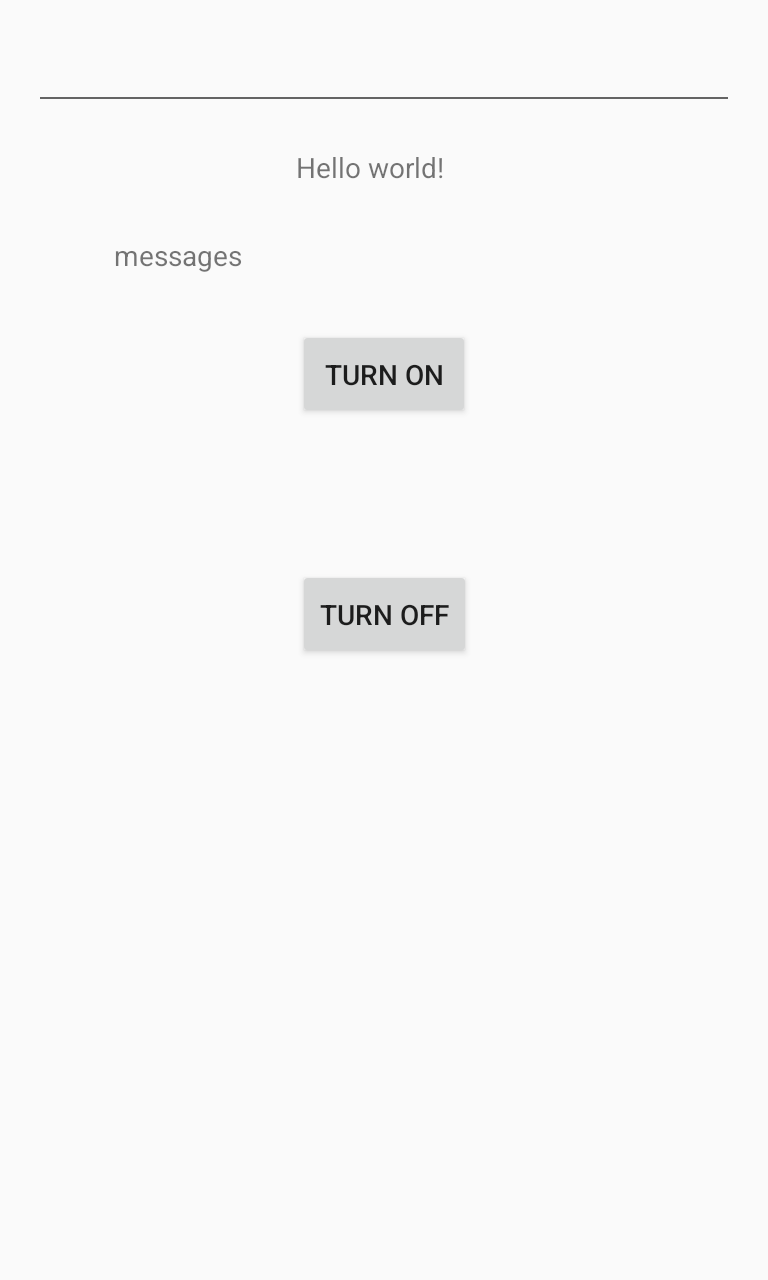
Repository: pgao/idd_hw5
Layout: hw5_android/res/layout/activity_main.xml
These files come from the project's save history. The layout is drawn as it stood at one moment and after the next save; the edit follows.
It is drawn on a 768 x 1280 px phone screen (xhdpi) without system bars, with theme AppTheme; the app's code is not run.

Above is the layout before, as saved 2014-11-06 06:13:05.

After the next save:
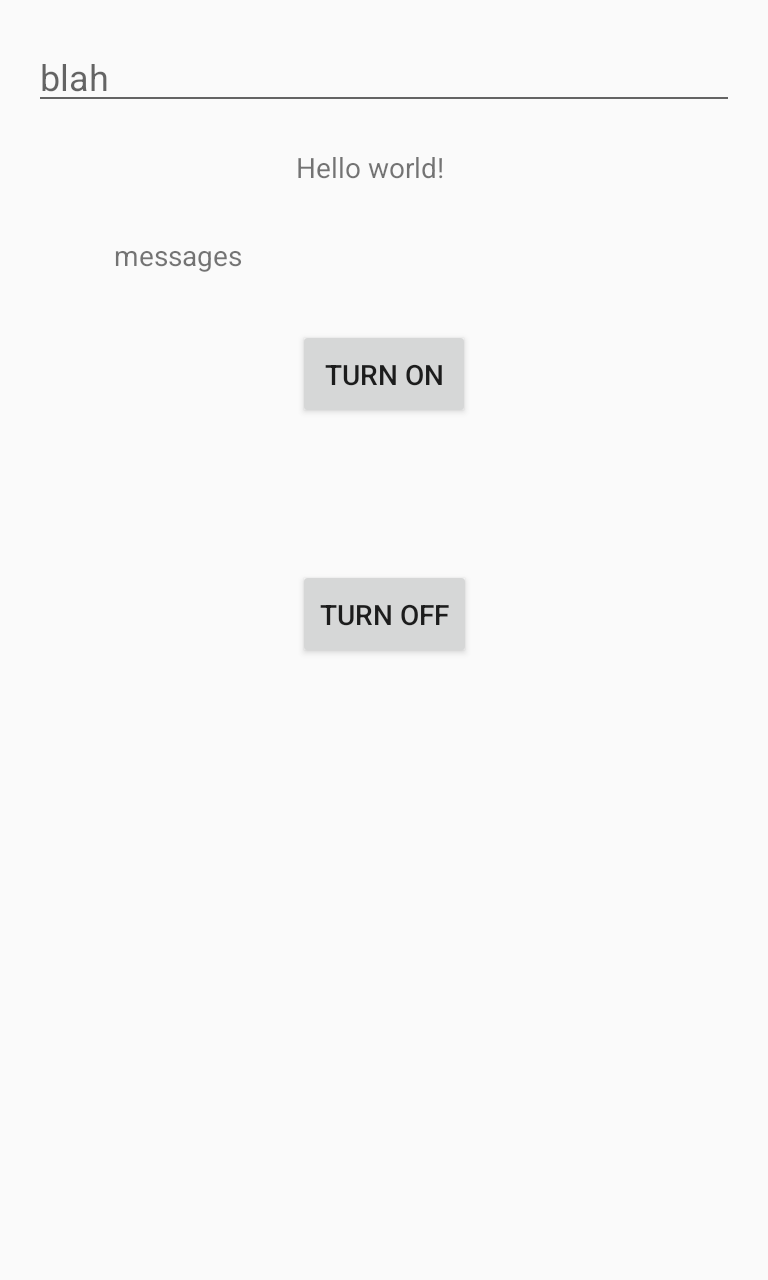
Saved 58 s later.
--- a/hw5_android/res/layout/activity_main.xml
+++ b/hw5_android/res/layout/activity_main.xml
@@ -49,6 +49,7 @@
 	    android:id="@+id/input"
 	    android:layout_width="fill_parent"
 	    android:layout_height="wrap_content"
+	    android:hint="blah"
 	    android:inputType="text" />
 
 </RelativeLayout>
